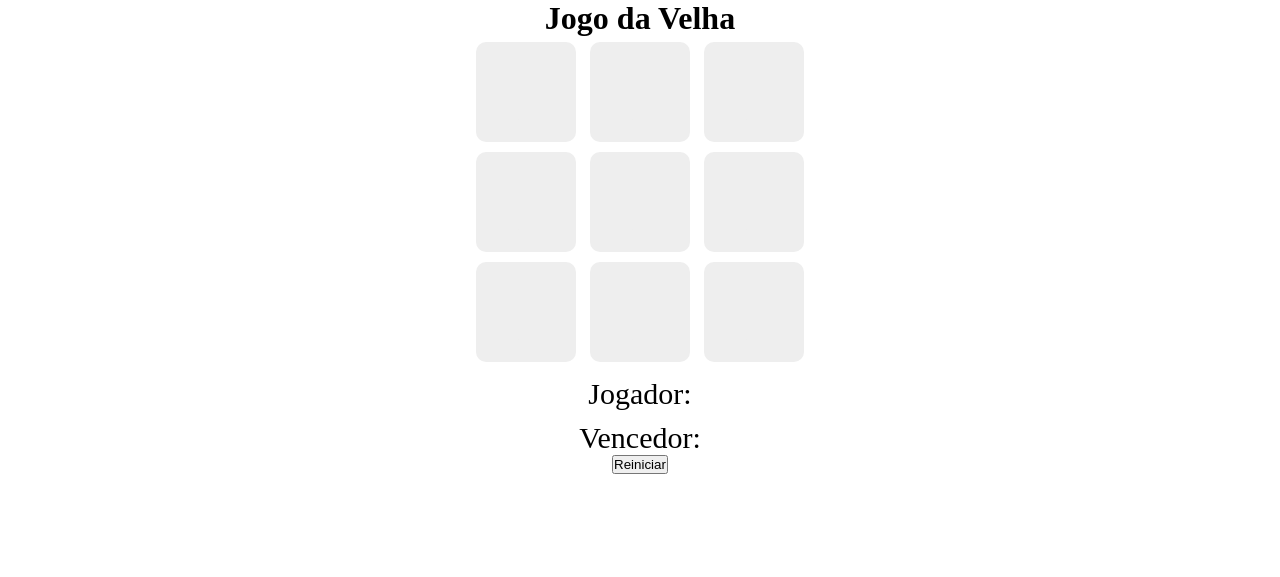
Repository: guilhermecardoso93/jogodavelha
Page: index.html
An editor plug-in stored every save of this project. The page is shown before and after the next save, followed by the edit.
The browser window is 1280 px wide. The pictures show the whole page.

Above is the page before, as saved 2023-05-31 21:40:52.

### index.html
<!DOCTYPE html>
<html lang="pt-BR">
  <head>
    <meta charset="UTF-8">
    <meta http-equiv="X-UA-Compatible" content="IE=edge">
    <meta name="viewport" content="width=device-width, initial-scale=1.0">
    <link rel="stylesheet" href="styles.css">
    <title>Jogo da Velha</title>
  </head>
  <body>
    <main>
      <h1>Jogo da Velha</h1>
      <div>
        <div id="1" class="squad">-</div>
        <div id="2" class="squad">-</div>
        <div id="3" class="squad">-</div>
      </div>
      <div>
        <div id="4" class="squad">-</div>
        <div id="5" class="squad">-</div>
        <div id="6" class="squad">-</div>
      </div>
      <div>
        <div id="7" class="squad">-</div>
        <div id="8" class="squad">-</div>
        <div id="9" class="squad">-</div>
      </div>
      <div class="player">
        <label>Jogador:</label>
        <label id="player"></label>
      </div>
      <div class="winner">
        <label>Vencedor:</label>
        <label id="winner"></label>
      </div>
      <div>
        <button type="button" id="reiniciarButton">Reiniciar</button>
      </div>
    </main>

  </body>
</html>

### styles.css
@import url('https://fonts.googleapis.com/css2?family=Poppins:wght@400;500&display=swap');

* {
  margin: 0;
  padding: 0;
  box-sizing: border-box;
}

body {
  text-align: center;
}

.squad {
  display: inline-block;
  padding: 40px;
  margin: 5px;
  width: 100px;
  height: 100px;

  text-align: center;
  color: #eee;
   font-size: 60px;
  background-color: #eee;
  cursor: pointer;
  border-radius: 10px;
}

.player, .winner {
  font-size: 30px;
  margin-top: 10px
}

After the next save:
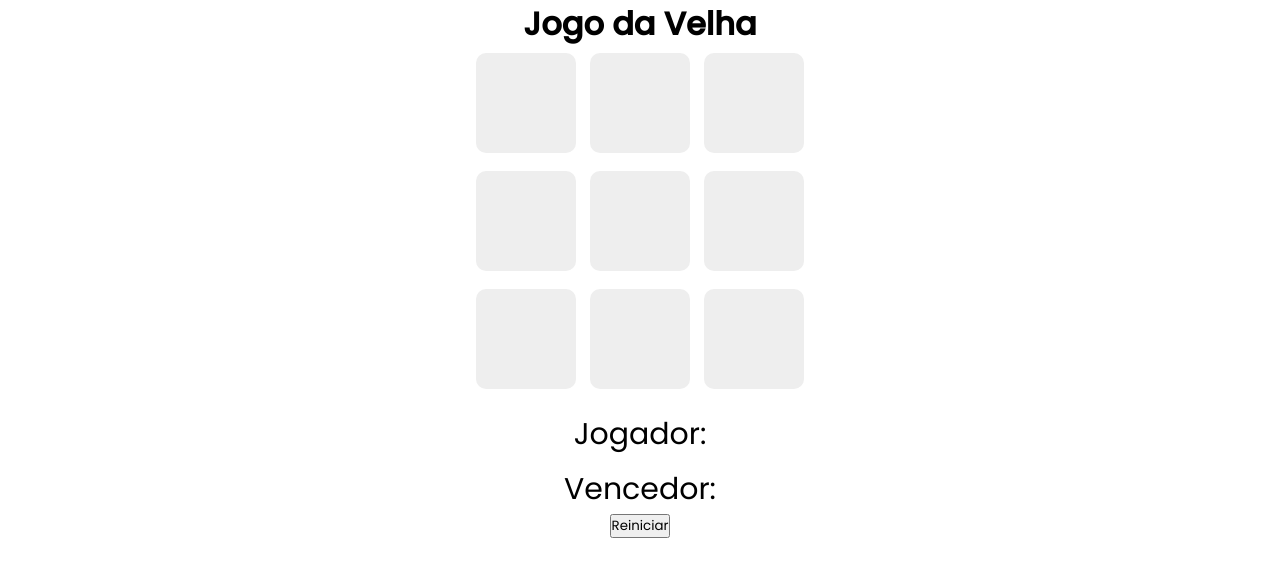
Saved 11 s later.
--- a/styles.css
+++ b/styles.css
@@ -4,6 +4,7 @@
   margin: 0;
   padding: 0;
   box-sizing: border-box;
+  font-family: 'Poppins', sans-serif;
 }
 
 body {
